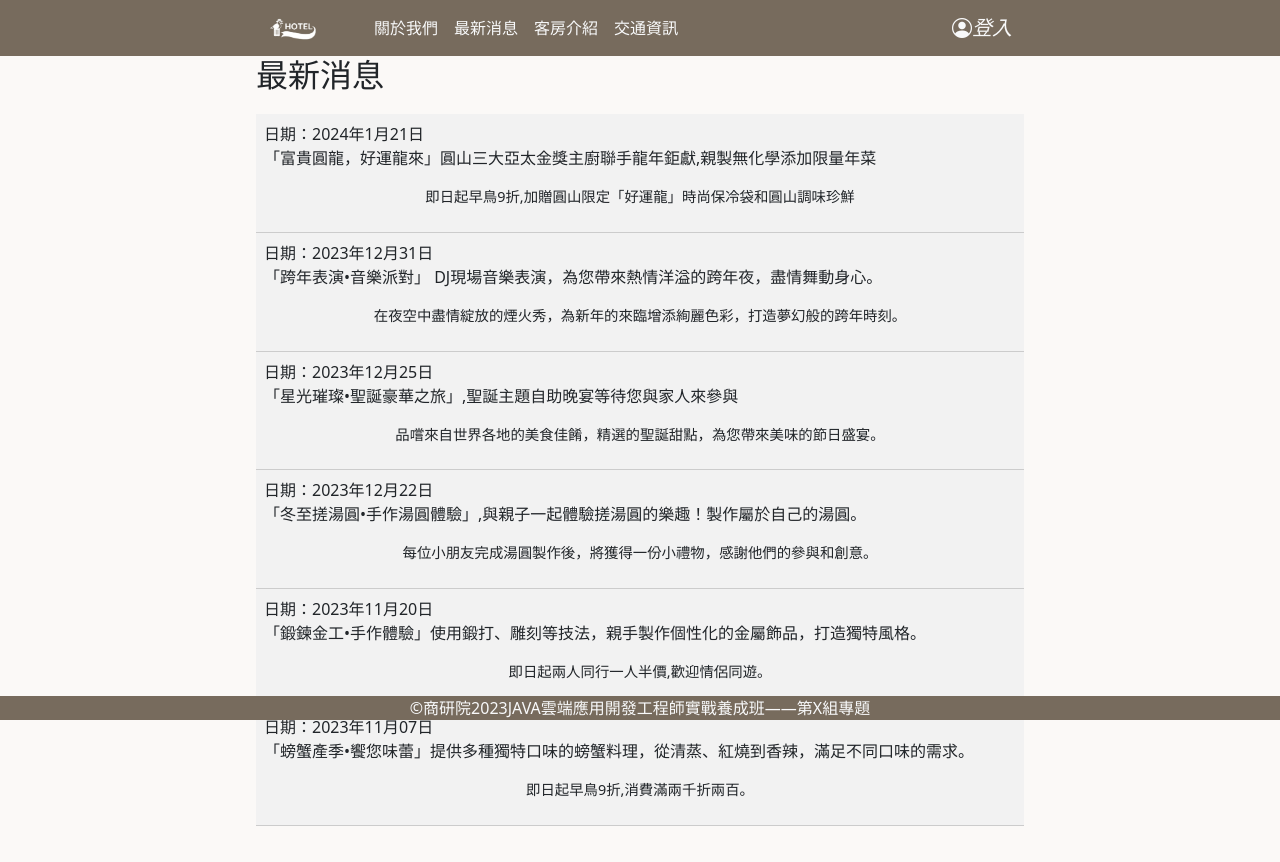
Repository: starcool0505/JavaProject-Hotel
Page: http://localhost/Hotel/page2.jsp
An editor plug-in stored every save of this project. The page is shown before and after the next save, followed by the edit.
The browser window is 1280 px wide. The pictures show the whole page.
The page is served by Tomcat 9. Nobody is signed in. The application's start-up code is not run. Other server files are loaded and not shown.

Above is the page before, as saved 2023-12-21 04:06:32.

### Hotel/src/main/webapp/page2.jsp
<%@ page language="java" contentType="text/html; charset=UTF-8" pageEncoding="UTF-8"%>

<%@ include file="/WEB-INF/views/header.jsp" %>

<!DOCTYPE html>
<html>
	<head>
		<meta charset="UTF-8">
		<link href="https://cdn.jsdelivr.net/npm/bootstrap@5.0.0/dist/css/bootstrap.min.css" rel="stylesheet">
		<link rel="stylesheet" href="https://cdn.jsdelivr.net/npm/bootstrap-icons@1.11.1/font/bootstrap-icons.css">
		<link rel="stylesheet" href="./css/main_color.css">
		<script src="https://cdn.jsdelivr.net/npm/bootstrap@5.0.0/dist/js/bootstrap.bundle.min.js"></script>
		<script src="https://cdn.jsdelivr.net/npm/jquery@3.7.1/dist/jquery.min.js"></script>
	<style>
        /* CSS 樣式 */
      	.custom-button {
		  border: 1px solid #000; /* 設置邊框 */
		  padding: 20px; /* 設置內邊距 */
		  cursor: pointer; /* 讓滑鼠指針顯示為手形 */
		  	border-left: none;
    		border-right: none;
    		border-top: none;
    		border-bottom: 1px solid #ccc; /* 只保留底部框線 */
    		padding: 8px;
    		text-align: center; /* 靠左對齊 */
    		background-color: #f2f2f2;
    		margin: 0 20%; /* 調整左右間距 */
		}
		.custom-button:hover {
		  background-color: #f0f0f0; /* 滑鼠懸停時的背景色 */
		}

		.custom-button p:nth-child(1) {
		  text-align: left; /* 將第一個 <p> 元素文字設為靠左 */
		}
		.custom-button p:nth-child(2) {
		  font-size: 90%; /* 或者你想要的其他比例或像素大小 */
		  text-align:center;
		}

    </style>

	</head>

	<body class="bg_main0 vh-100">
		<h2 style="margin: 0 20%">最新消息</h2>
		<section class="news-list" style="margin-top: 20px;">
		<div class="custom-button" onclick="window.location.href='https://gnn.gamer.com.tw/detail.php?sn=260917'">
	  <p>日期：2024年1月21日<br>
	  「富貴圓龍，好運龍來」圓山三大亞太金獎主廚聯手龍年鉅獻,親製無化學添加限量年菜</p>
	  <p>即日起早鳥9折,加贈圓山限定「好運龍」時尚保冷袋和圓山調味珍鮮</p>
	</div>

	<div class="custom-button" onclick="window.location.href='https://gnn.gamer.com.tw/detail.php?sn=260917'">
	  <p>日期：2023年12月31日<br>
	  「跨年表演•音樂派對」 DJ現場音樂表演，為您帶來熱情洋溢的跨年夜，盡情舞動身心。</p>
	  <p> 在夜空中盡情綻放的煙火秀，為新年的來臨增添絢麗色彩，打造夢幻般的跨年時刻。</p>
	</div>

	<div class="custom-button" onclick="window.location.href='https://gnn.gamer.com.tw/detail.php?sn=260987'">
	  <p>日期：2023年12月25日<br>
	  「星光璀璨•聖誕豪華之旅」,聖誕主題自助晚宴等待您與家人來參與</p>
	  <p>品嚐來自世界各地的美食佳餚，精選的聖誕甜點，為您帶來美味的節日盛宴。</p>
	</div>

	<div class="custom-button" onclick="window.location.href='https://gnn.gamer.com.tw/detail.php?sn=260917'">
	  <p>日期：2023年12月22日<br>
	  「冬至搓湯圓•手作湯圓體驗」,與親子一起體驗搓湯圓的樂趣！製作屬於自己的湯圓。</p>
	  <p>每位小朋友完成湯圓製作後，將獲得一份小禮物，感謝他們的參與和創意。</p>
	</div>
	<div class="custom-button" onclick="window.location.href='https://gnn.gamer.com.tw/detail.php?sn=260917'">
	  <p>日期：2023年11月20日<br>
	  「鍛鍊金工•手作體驗」使用鍛打、雕刻等技法，親手製作個性化的金屬飾品，打造獨特風格。</p>
	  <p>即日起兩人同行一人半價,歡迎情侶同遊。</p>
	</div>

	<div class="custom-button" onclick="window.location.href='https://gnn.gamer.com.tw/detail.php?sn=260917'">
	  <p>日期：2023年11月07日<br>
	  「螃蟹產季•饗您味蕾」提供多種獨特口味的螃蟹料理，從清蒸、紅燒到香辣，滿足不同口味的需求。</p>
	  <p>即日起早鳥9折,消費滿兩千折兩百。</p>
	</div>

		</section>


	</body>
</html>


<%@ include file="/WEB-INF/views/footer.jsp" %>

### Hotel/src/main/webapp/WEB-INF/views/header.jsp
<%@ page language="java" contentType="text/html; charset=UTF-8" pageEncoding="UTF-8"%>

<!DOCTYPE html>
<html>
	<head>
		<meta charset="UTF-8">
		<title>xx飯店</title>
		<link href="https://cdn.jsdelivr.net/npm/bootstrap@5.0.0/dist/css/bootstrap.min.css" rel="stylesheet">
		<link rel="stylesheet" href="https://cdn.jsdelivr.net/npm/bootstrap-icons@1.11.1/font/bootstrap-icons.css">
		<link rel="stylesheet" href="./css/main_color.css">
		<script src="https://cdn.jsdelivr.net/npm/bootstrap@5.0.0/dist/js/bootstrap.bundle.min.js"></script>
		<script src="https://cdn.jsdelivr.net/npm/jquery@3.7.1/dist/jquery.min.js"></script>
		<link rel="icon" type=image/png href="images/logopng.png">
	<style type="text/css">
	.logo-img{
	 width: 50px;
	 height: auto;

	}

	</style>

	</head>

	<body>
		<nav class="navbar navbar-expand-lg bg_main4 ">
			<div class="container-fluid" style="margin: 0 20%">
			<button class="navbar-brand text-light me-0" onclick="window.location.href='./index.jsp'" style="background: none; border: none; padding: 0; cursor: pointer;">
        <img src="images/logo7.jpg" alt="XX飯店圖片" class="logo-img">
    </button>


				<div class="collapse navbar-collapse" id="navbarSupportedContent">
					<ul class="navbar-nav me-auto mb-2 mb-lg-0">
						<li class="nav-item">
							<a class="nav-link text-light ms-5" href="./page1.jsp">關於我們</a>
						</li>
						<li class="nav-item">
							<a class="nav-link text-light" href="./page2.jsp">最新消息</a>
						</li>
						<li class="nav-item">
							<a class="nav-link text-light" href="./page3.jsp">客房介紹</a>
						</li>
						<li class="nav-item">
							<a class="nav-link text-light" href="./page4.jsp">交通資訊</a>
						</li>
					</ul>
				</div>

<%-- 			<i class="bi bi-person-circle text-light h5 mb-0 d-none d-md-block">${sessionScope.username}</i> --%>
				<i class="bi bi-person-circle h5 text-light ml-3 mb-0" role="button" onclick="window.location.href='./login.jsp'">登入</i>
			</div>
		</nav>
	</body>
</html>

### Hotel/src/main/webapp/WEB-INF/views/footer.jsp
<%@ page language="java" contentType="text/html; charset=UTF-8" pageEncoding="UTF-8"%>

<footer class="position-fixed bottom-0 bg_main4 w-100 text-light text-center fixed-bottom">
	<p class="mb-0 font_c1">&copy;商研院2023JAVA雲端應用開發工程師實戰養成班——第X組專題</p>
</footer>
<div style="height: 5vh;"></div>

### Hotel/src/main/webapp/css/main_color.css
/* 背景顏色用的主色調 */
.bg_main0
{
	background-color: rgb(251, 249, 247);
}
.bg_main1
{
	background-color: #F3EEEA;
	/* 最淺 */
}
.bg_main2
{
	background-color: #EBE3D5;
	/* 次之 */
}
.bg_main3
{
	background-color: #B0A695;
	/* 再次之 */
}
.bg_main4
{
	background-color: #776B5D;
	/* 最深 */
}
.color1
{
	background-color: #85586F;
	/* 紫色 */
}
.color2
{
	background-color: #874356;
	/* 紅色 */
}
.color3
{
	background-color: #B7CADB;
}
.text1
{
	color: whitesmoke;
}

After the next save:
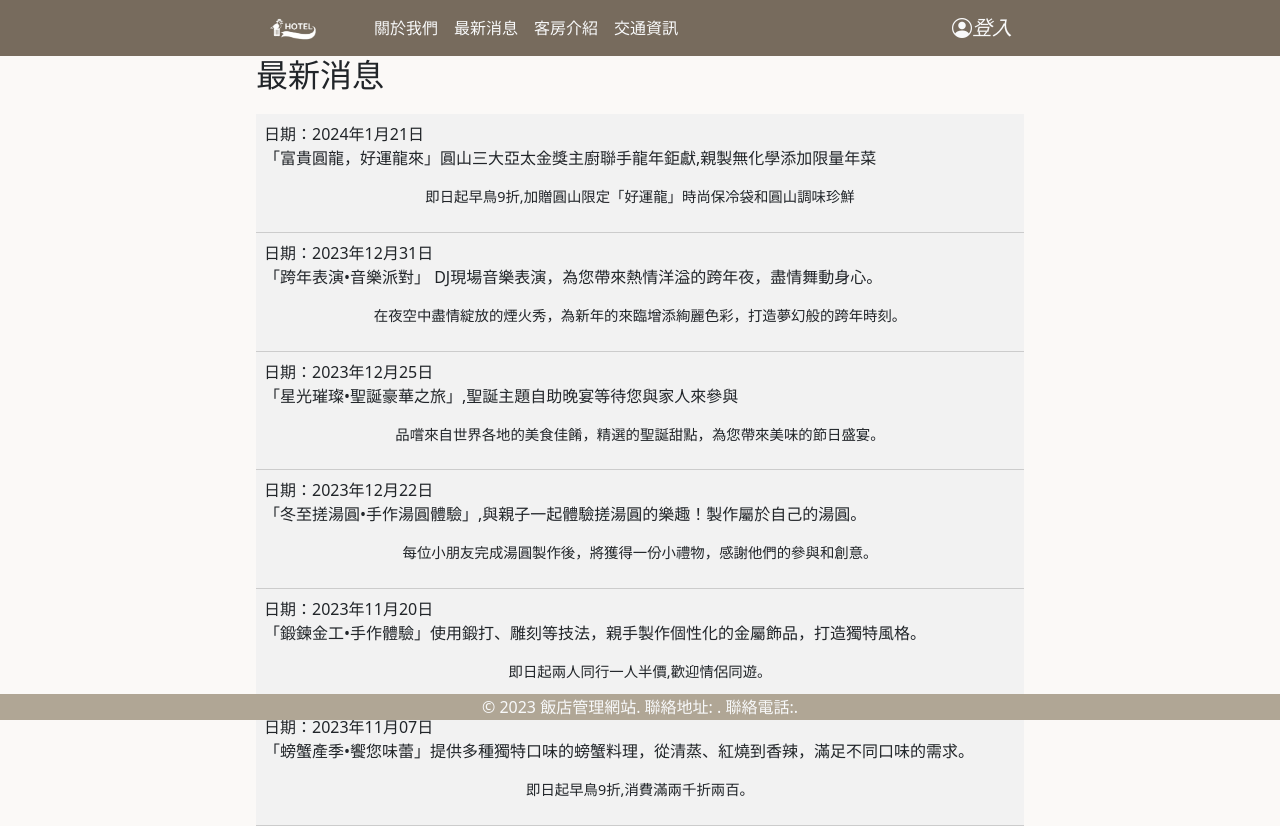
Saved 15 s later.
--- a/Hotel/src/main/webapp/WEB-INF/views/footer.jsp
+++ b/Hotel/src/main/webapp/WEB-INF/views/footer.jsp
@@ -1,6 +1,14 @@
-<%@ page language="java" contentType="text/html; charset=UTF-8" pageEncoding="UTF-8"%>
+<%@ page language="java" contentType="text/html; charset=UTF-8"
+    pageEncoding="UTF-8"%>
+    <style>
+  /* 在這裡新增導覽列的背景色 */
+  .fotter-bg-color {
+    background-color: #B0A695;
+     border: 1px solid transparent; /* 設定導覽列的邊框 */
+    border-radius: 0; /* 可能需要將邊框的圓角設定為 0，視情況而定 */
+  }
 
-<footer class="position-fixed bottom-0 bg_main4 w-100 text-light text-center fixed-bottom">
-	<p class="mb-0 font_c1">&copy;商研院2023JAVA雲端應用開發工程師實戰養成班——第X組專題</p>
-</footer>
-<div style="height: 5vh;"></div>
+</style>
+<footer class="position-fixed bottom-0  fotter-bg-color w-100 text-light text-center">
+  <p class="mb-0">&copy; 2023 飯店管理網站. 聯絡地址: . 聯絡電話:.</p>
+  </footer>
